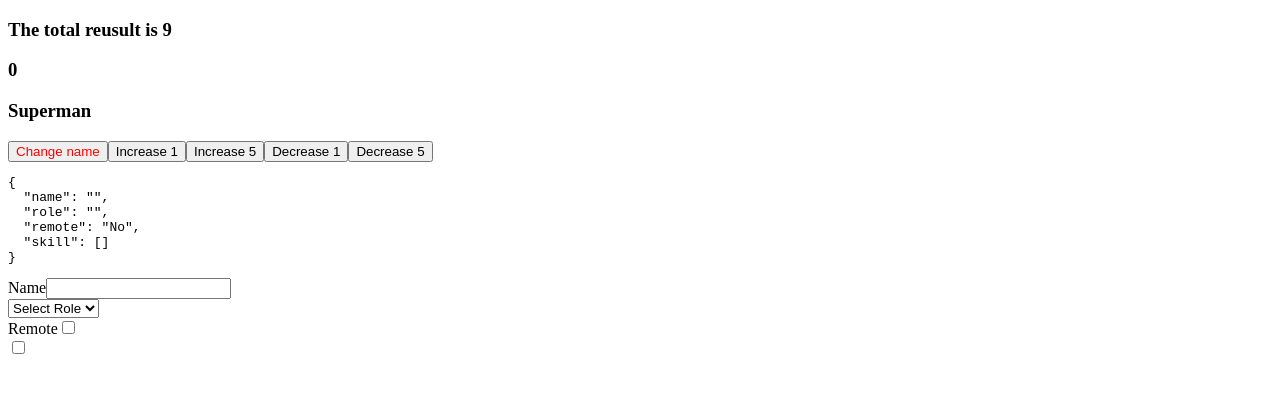
Repository: KZH2001/Vue_Practice
Page: / (app in Tutorial/)
The author's editor kept a copy of each file at every save. The page is drawn from the files as they stood at one save, then again after the next save.
The browser window is 1280 px wide. The pictures show the whole page.
The project was rebuilt for these pictures with package versions that can differ from the ones it lists, and the page was loaded fresh each time. Also part of the build but not shown: Tutorial/vite.config.js.

Above is the page before, as saved 2026-01-19 23:10:57.

### Tutorial/src/App.vue


  <template>
  <h3>The total reusult is {{ add(2,3,4) }}</h3>
  <h3>{{ number  }}</h3>

  <h3>{{ name }}</h3>
  <button  v-bind:style="{color:color}" v-on:click="name = 'Batman'">Change name</button>
  <button @click="increaseNumber(1)">Increase 1</button>
  <button @click="increaseNumber(5)">Increase 5</button>
  <button @click="decreaseNumber(1)">Decrease 1</button>
  <button @click="decreaseNumber(5)">Decrease 5</button>

  <pre>{{ JSON.stringify(formValues, null, 2) }}</pre>


  <form action="">
    <label for="name">Name</label>
    <input v-model="formValues.name" id="name" type="text">
    <br>

    <select name="" id="" v-model="formValues.role">
      <option value="">Select Role</option>
      <option value="Web">Web</option>
      <option value="Network">Network</option>
    </select>
    <br>

    <label for="">Remote</label>
    <input v-model="formValues.remote" type="checkbox" true-value ="Yes" false-value="No">
    <br>
    <input type="checkbox">
  </form>
  </template>

  <style scoped>

  </style>

  <script >
    export default{


      data(){
        return{
          name: 'Superman',
          color: 'red',
          number: 0,
          formValues: {
            name: '',
            role: '',
            remote: "No",
            skill: [],
          }
        }
      },
      methods: {
      add(a,b,c){
        return a+b+c
      },

      increaseNumber(num){
        this.number += num
      },

      decreaseNumber(num){
        this.number -= num
      }

    }

  }

  </script>

Loaded but not shown: Tutorial/index.html (common file); Tutorial/src/main.js (common file)

After the next save:
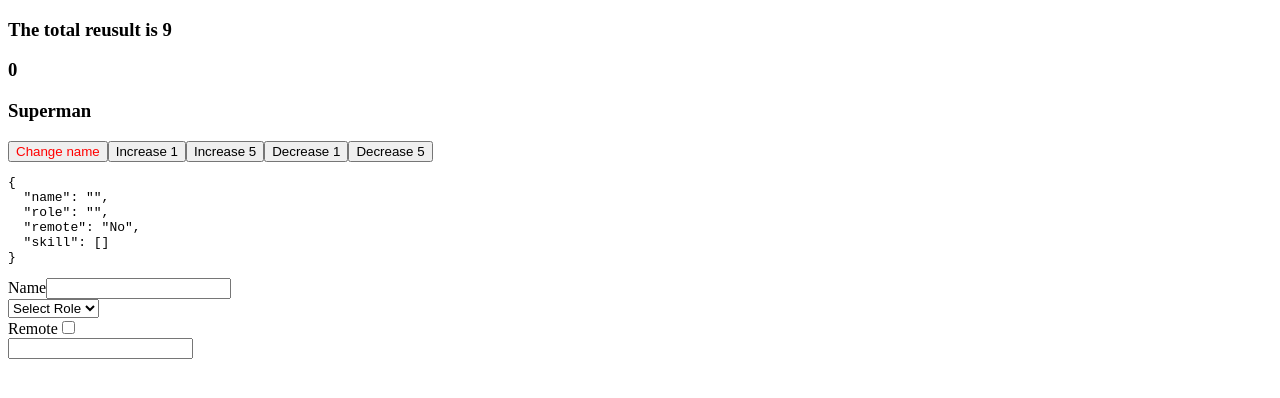
Saved 8 s later.
--- a/Tutorial/src/App.vue
+++ b/Tutorial/src/App.vue
@@ -29,7 +29,7 @@
     <label for="">Remote</label>
     <input v-model="formValues.remote" type="checkbox" true-value ="Yes" false-value="No">
     <br>
-    <input type="checkbox">
+    <input type="text">
   </form>
   </template>
 
